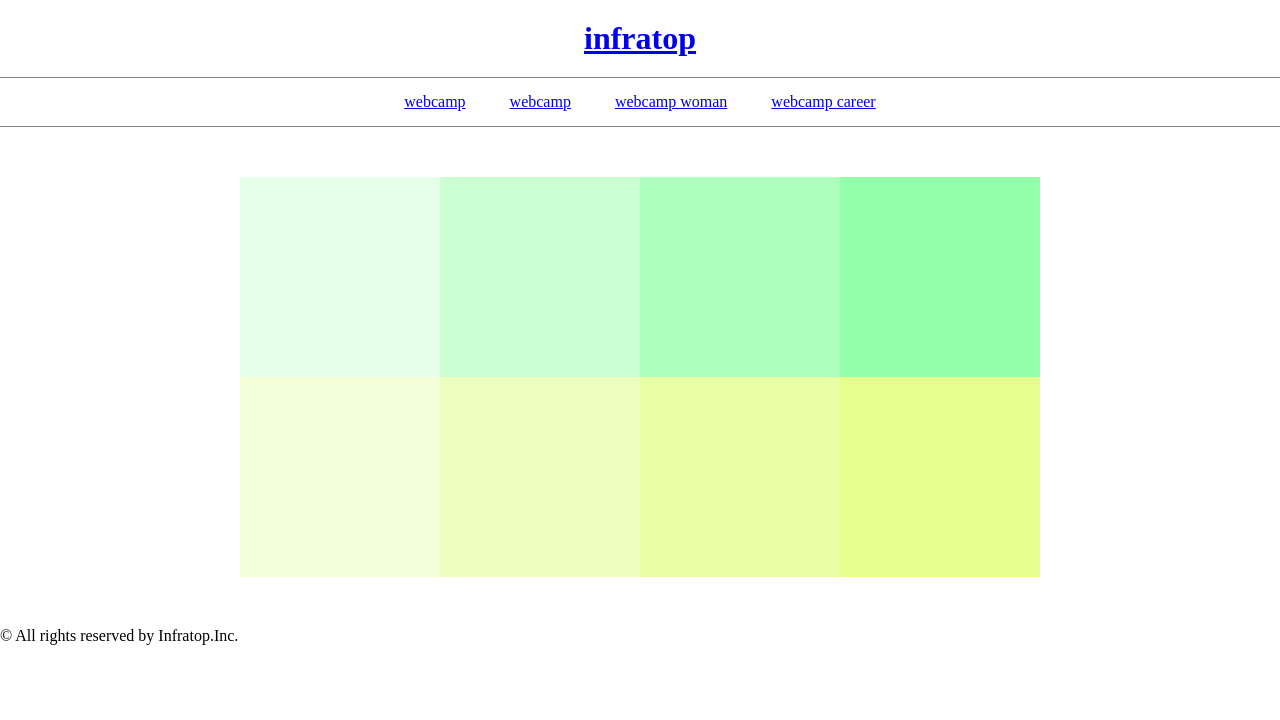
Repository: matuyama/dmm-webcamp
Page: chapter5/chapter5.html
The author's editor kept a record of every edit. The page is drawn from the files as they stood at one moment, then again after the next edit.
The browser window is 1280 px wide. The pictures show the whole page.

Above is the page before.

After the next edit:
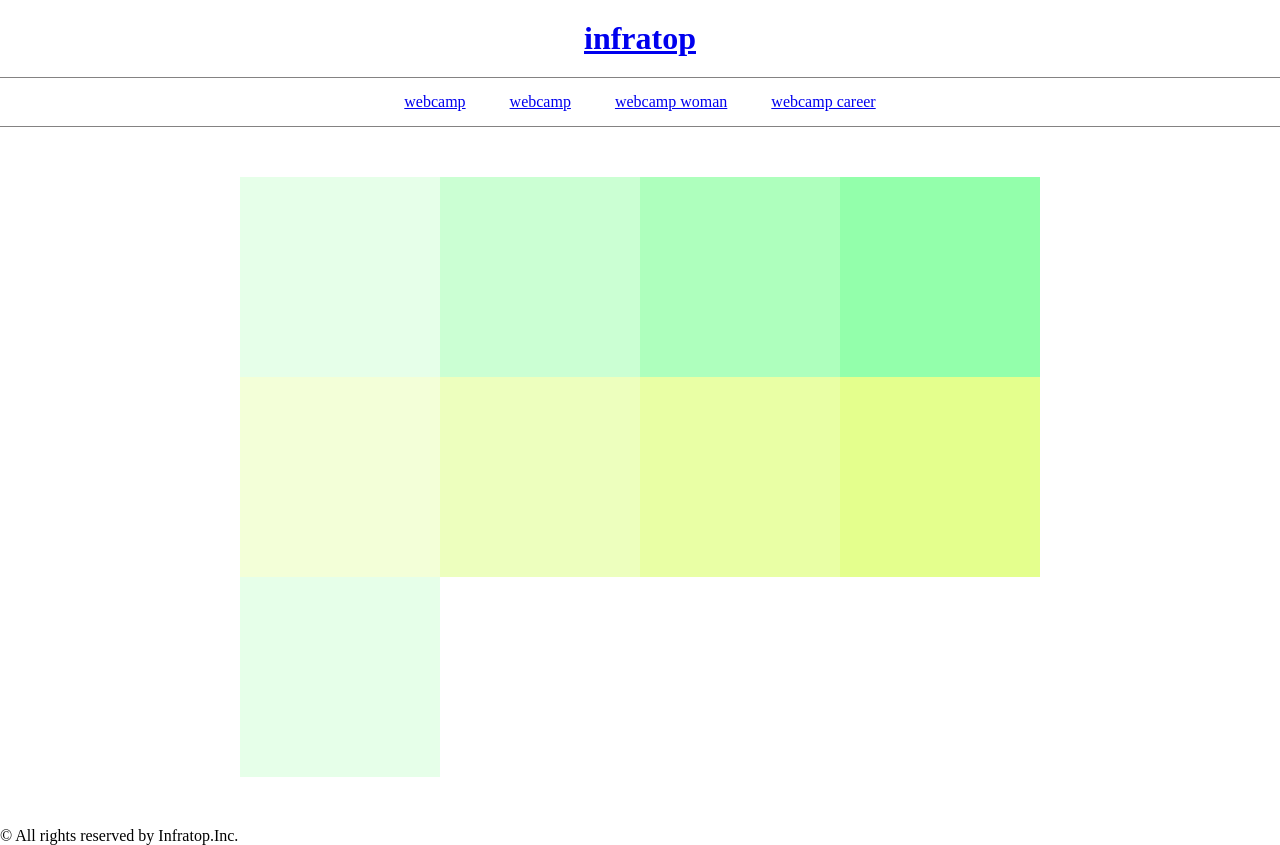
The edit:
--- a/chapter5/chapter5.css
+++ b/chapter5/chapter5.css
@@ -78,7 +78,7 @@
     background-color: #e4ff8d;
   }
 
-  .box1{
+  .box9{
     width: 200px;
     height: 200px;
     background-color: #e6ffe9;
